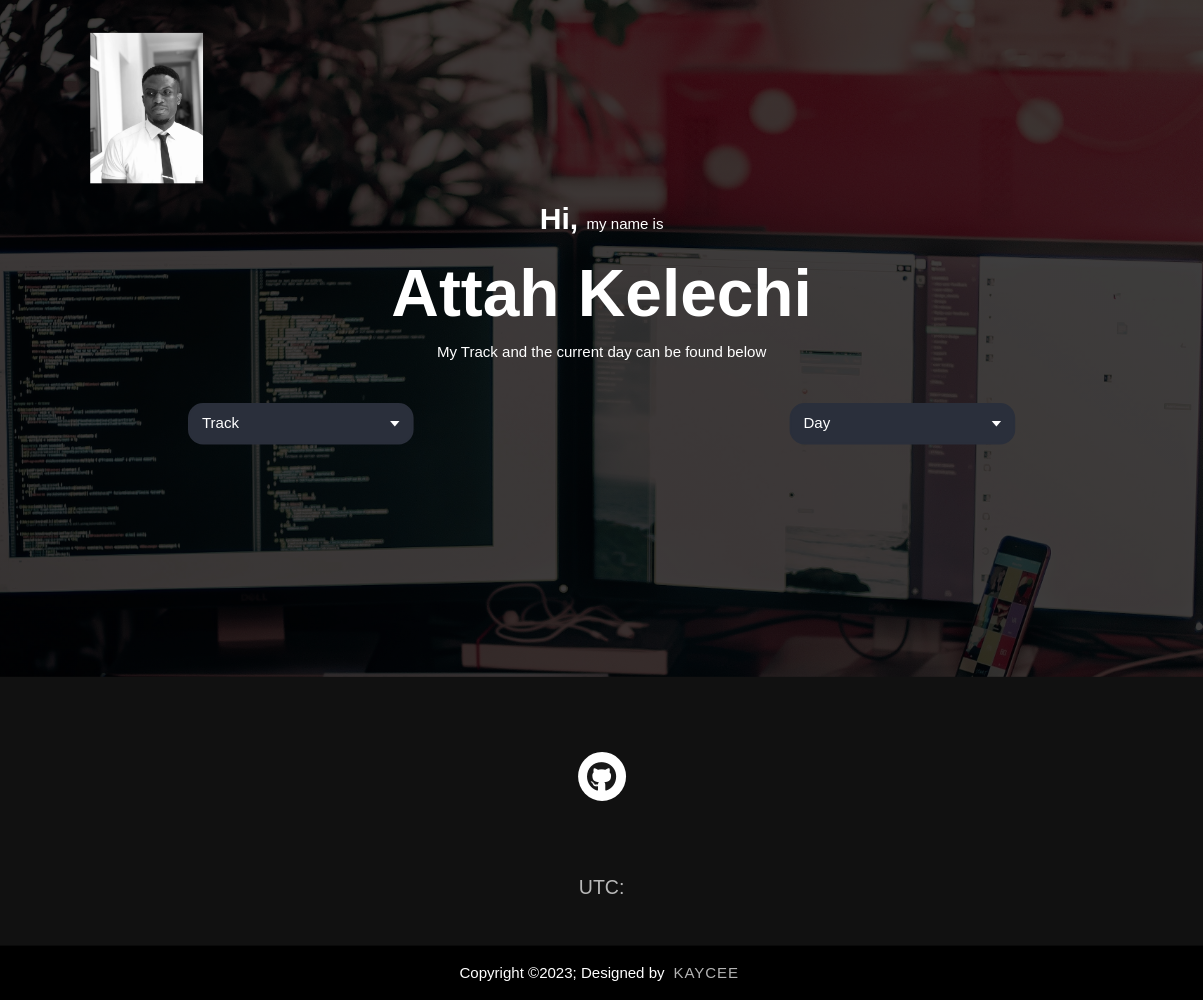
Repository: Kaycee-attah/HNG-Internship_2023
Page: index.html
These files come from the project's save history. The page is drawn as it stood at one moment and after the next save; the edit follows.
The browser window is 1280 px wide. The pictures show the whole page, at 94% of full size.

Above is the page before, as saved 2023-09-07 12:12:28.

After the next save:
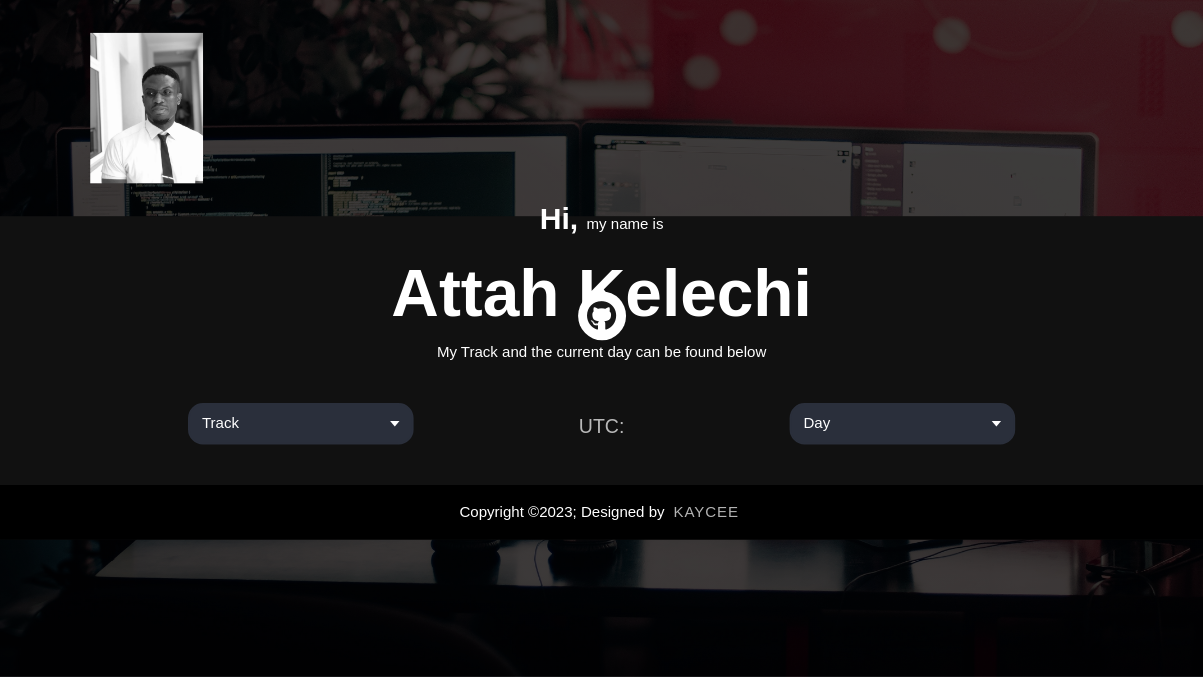
Saved 4 min 0 s later.
--- a/style.css
+++ b/style.css
@@ -8,11 +8,12 @@
     background-image: linear-gradient(rgba(0,0,0,0.75), rgba(0,0,0,0.75)), url(IMG_6759.JPG);
     background-size: cover;
     background-position: center;
+    height: 100vh;
 }
 
 .banner{
     width: 100%;
-    height: 100vh;
+
 
 
 }

After the save that followed:
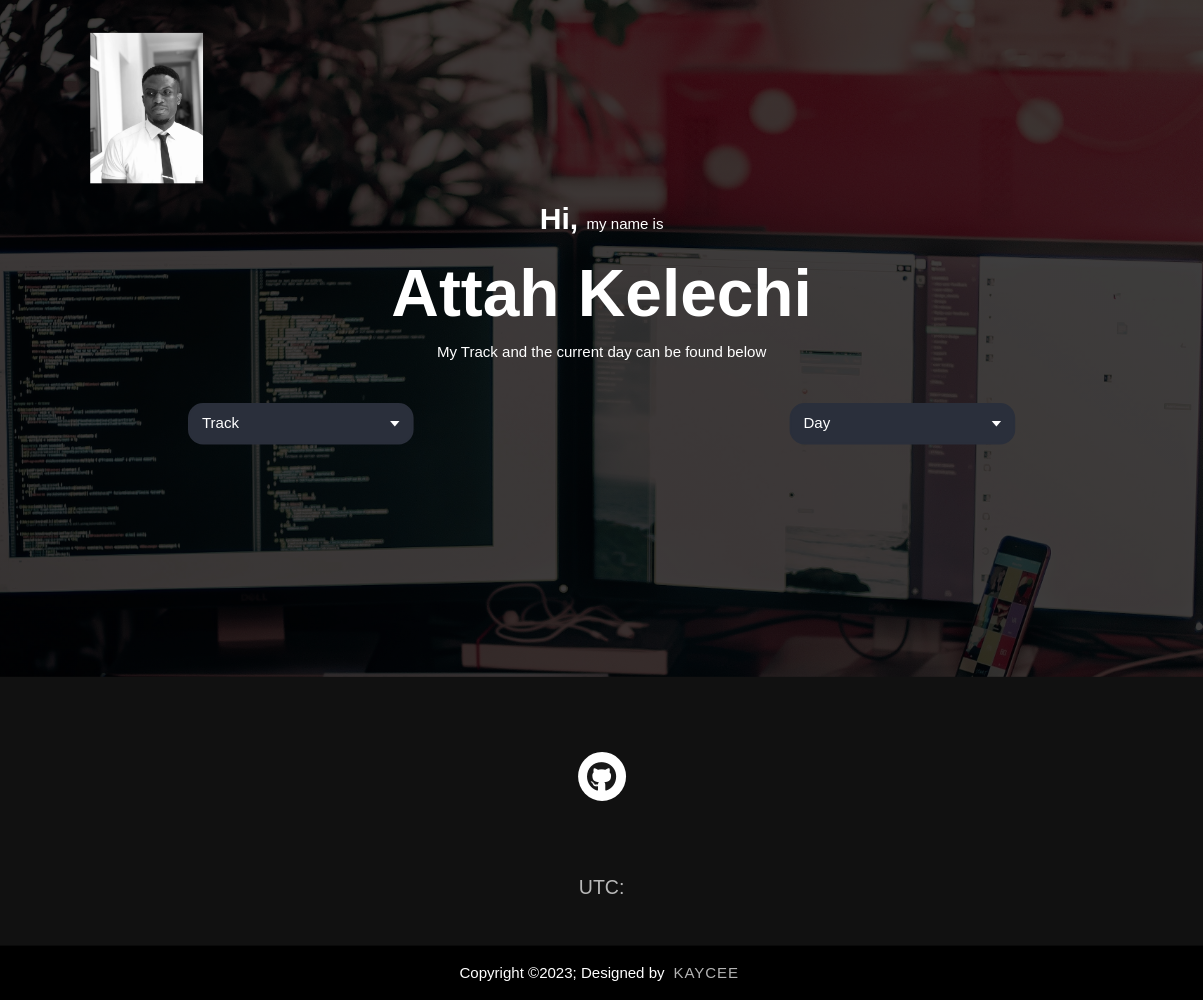
Saved 60 s later.
--- a/style.css
+++ b/style.css
@@ -8,12 +8,11 @@
     background-image: linear-gradient(rgba(0,0,0,0.75), rgba(0,0,0,0.75)), url(IMG_6759.JPG);
     background-size: cover;
     background-position: center;
+}
+
+.banner{
+    width: 100%;
     height: 100vh;
-}
-
-.banner{
-    width: 100%;
-
 
 
 }
